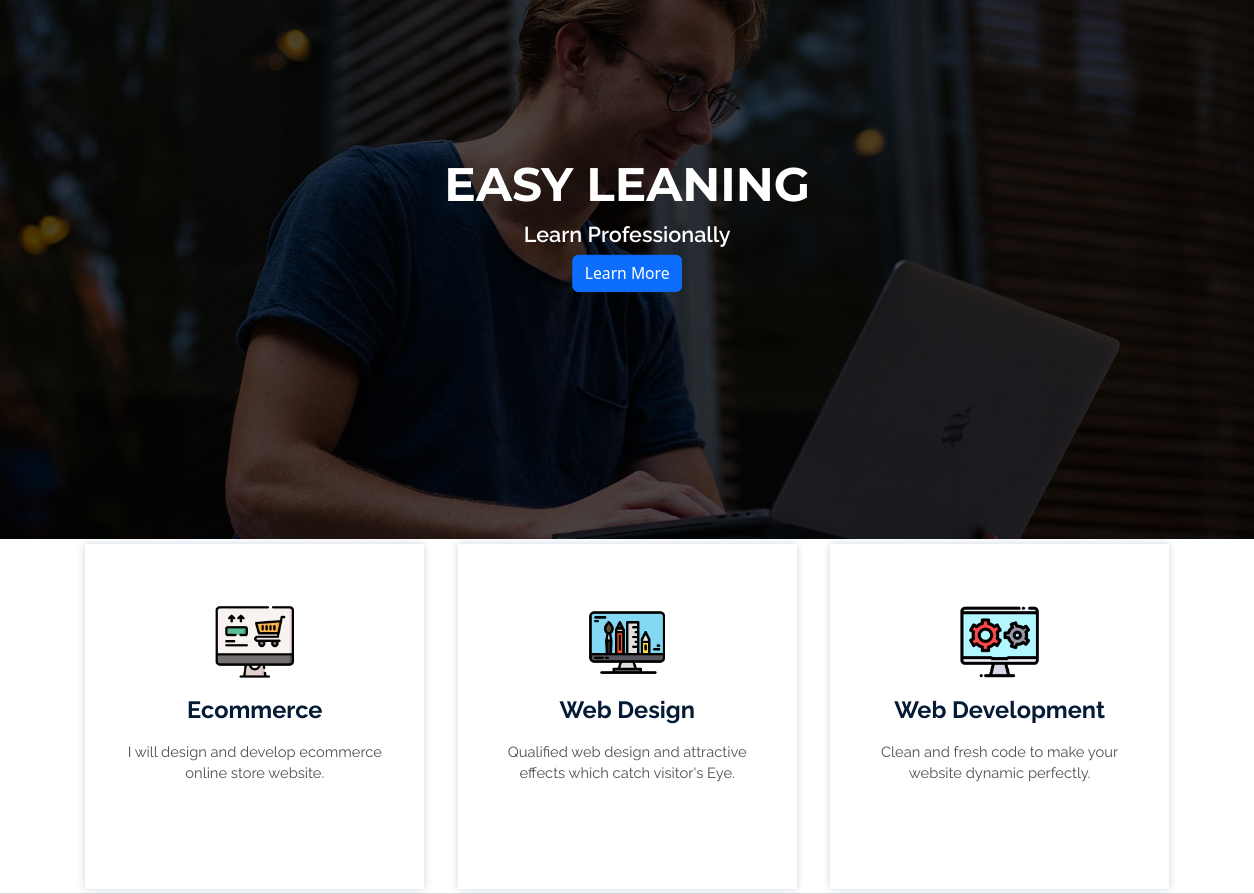
Repository: masamichan/free_video_app
Page: /
These files come from the project's save history. The page is drawn as it stood at one moment and after the next save; the edit follows.
The browser window is 1280 px wide. The pictures show the whole page, at 98% of full size.
Backgrounds fixed to the window are drawn as part of the page. The project was rebuilt for these pictures with package versions that can differ from the ones it lists, and the page was loaded fresh each time.

Above is the page before, as saved 2023-01-22 12:30:02.

After the next save:
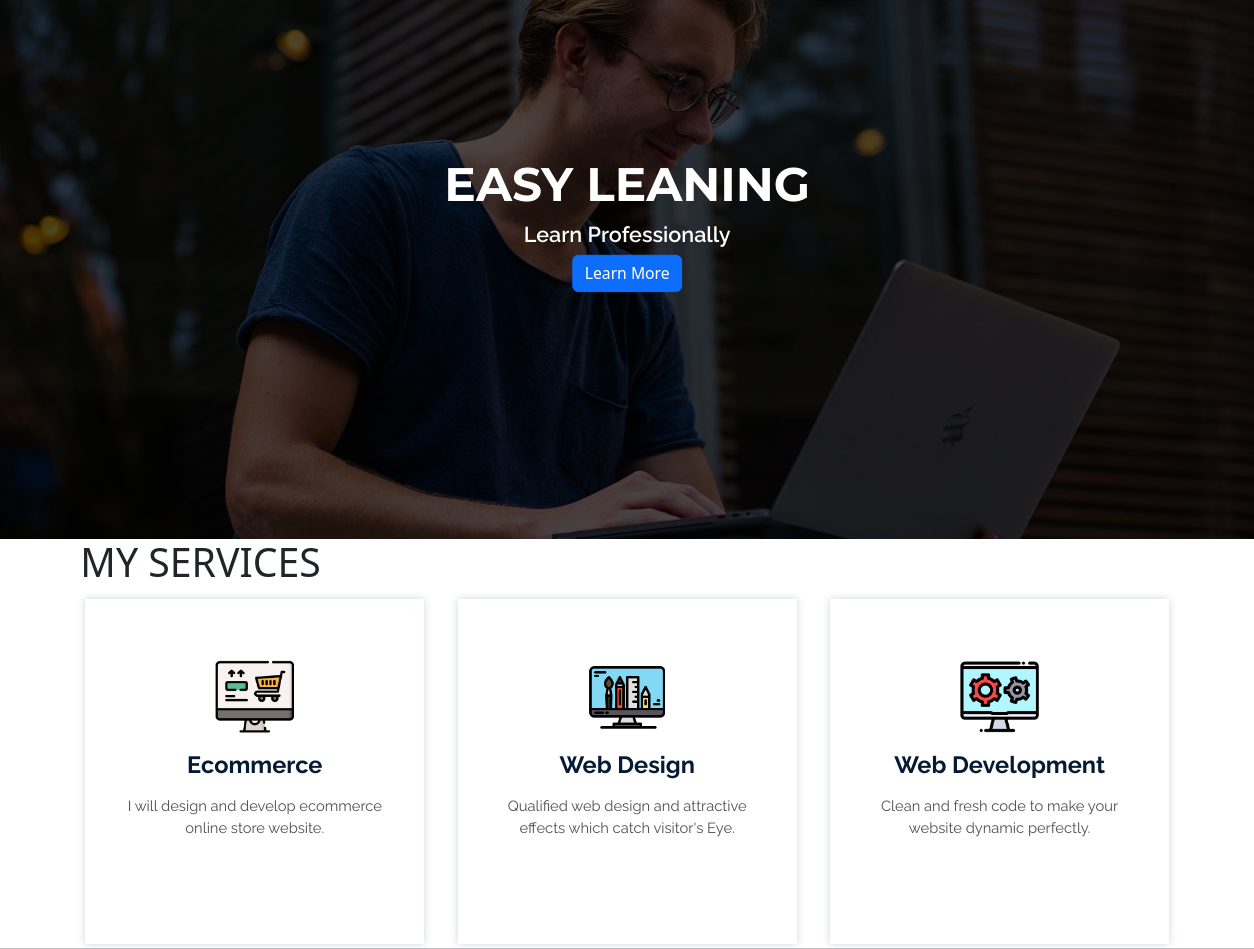
Saved 7 min 22 s later.
--- a/src/components/Services/Services.jsx
+++ b/src/components/Services/Services.jsx
@@ -9,6 +9,7 @@ export class Services extends Component {
     return (
       <Fragment>
         <Container>
+          <h1>MY SERVICES</h1>
           <Row>
             <Col lg={4} md={6} sm={12}>
               <div className="serviceCard text-center">
